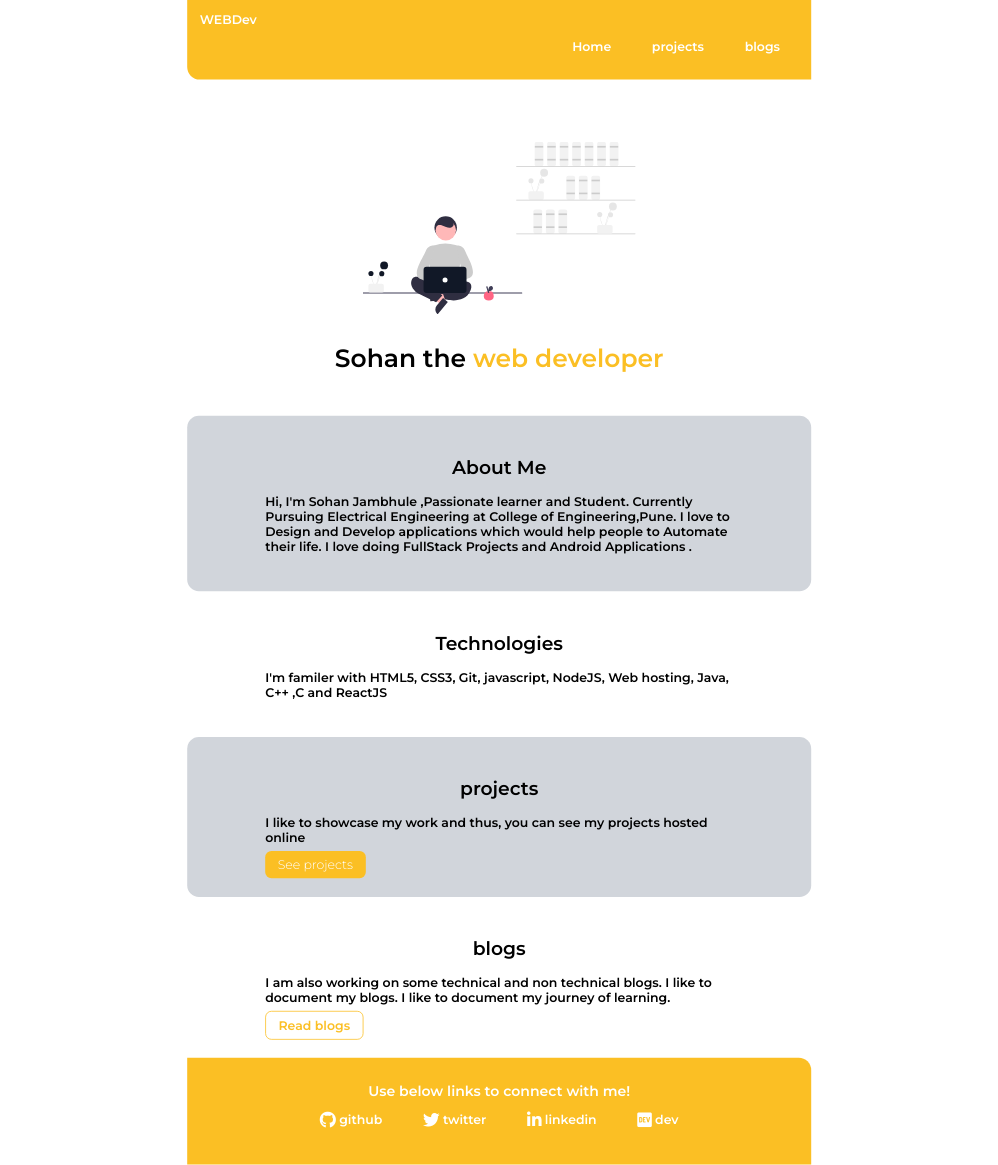
Repository: sohan2503001/Portfolio
Page: index.html
These files come from the project's save history. The page is drawn as it stood at one moment and after the next save; the edit follows.
The browser window is 1280 px wide. The pictures show the whole page, at 78% of full size.

Above is the page before, as saved 2021-05-10 11:21:46.

### index.html
<!DOCTYPE html>
<html lang="en">

<head>
  <meta charset="UTF-8" />
  <meta name="viewport" content="width=device-width, initial-scale=1.0" />
  <title>home | Sohan Jambhule</title>
  <link rel="stylesheet" href="style.css" />
  <link rel="stylesheet" href="https://cdnjs.cloudflare.com/ajax/libs/font-awesome/5.15.1/css/all.min.css">
  <link rel="stylesheet" href="https://cdn.jsdelivr.net/npm/boxicons@latest/css/boxicons.min.css">
  <link rel="icon" href="images/favicon.svg" sizes="any" type="image/svg+xml">

</head>

<body>

  <nav class="navigation container">
    <div class="nav-brand">WEBDev</div>
    <ul class="list-non-bullet nav-pills">
      <li class="list-item-inline">
        <a class="link link-active" href="/">Home</a>
      </li>
      <li class="list-item-inline">
        <a class="link link-active" href="projects.html">projects</a>
      </li>
      <li class="list-item-inline">
        <a class="link link-active" href="blogs.html">blogs</a>
      </li>
    </ul>
  </nav>

  <header class="hero">
    <img class="hero-img" src="images/hero.svg" alt="" />
    <h1 class="hero-heading">
      Sohan the <span class="heading-inverted"> web developer</span>
    </h1>
  </header>

  <section class="section ow">
    <div class="container container-center">
      <h1>About Me</h1>
      <p>
        Hi, I'm Sohan Jambhule ,Passionate learner and Student.
        Currently Pursuing Electrical Engineering at College of Engineering,Pune.
        I love to Design and Develop applications which would help people to Automate their life.
        I love doing FullStack Projects and Android Applications .
      </p>
    </div>
  </section>

  <section class="section">
    <div class="container container-center">
      <h1>Technologies</h1>
      <p>
        I'm familer with HTML5, CSS3, Git, javascript, NodeJS, Web hosting,
        Java, C++ ,C and ReactJS
      </p>
    </div>
  </section>

  <section class="section ow">
    <div class="container container-center">
      <h1>projects</h1>
      <p>
        I like to showcase my work and thus, you can see my projects hosted
        online
      </p>
      <a class="link link-primary" href="projects.html">See projects</a>
    </div>
  </section>

  <section class="section ">
    <div class="container container-center">
      <h1>blogs</h1>
      <p>
        I am also working on some technical and non technical blogs. I like to
        document my blogs. I like to document my journey of learning.
      </p>
      <a class="link link-secondary" href="blogs.html">Read blogs</a>
    </div>
  </section>

  <footer class="footer">
    <div class="footer-header">Use below links to connect with me!</div>
    <ul class="social-links list-non-bullet">
      <li class="list-item-inline">
        <a class="link" href="https://github.com/sohan2503001" target="_blank"><i class="fab fa-github fa-lg" aria-hidden="true"></i>
          <strong>github</strong>
        </a>
      </li>
      <li class="list-item-inline">
        <a class="link" href="https://twitter.com/JambhuleSohan" target="_blank"><i class="fab fa-twitter fa-lg"></i>
          <strong>twitter</strong>
        </a>
      </li>
      <li class="list-item-inline">
        <a class="link" href="https://www.linkedin.com/in/sohan-jambhule-144528198/" target="_blank"><i class="fab fa-linkedin-in fa-lg"></i>
          <strong>linkedin</strong>
        </a>
      </li>
      <li class="list-item-inline">
        <a class="link" href="https://dev.to/sohan25" target="_blank"><i class="fab fa-dev fa-lg"></i>
          <strong>dev</strong>
        </a>
      </li>

    </ul>
  </footer>

  <script src="code.js"></script>
</body>

</html>

### style.css
@import url('https://fonts.googleapis.com/css2?family=Montserrat:wght@300;600&display=swap');

:root{
    --primary-color: #FBBF24;
    --dark-gray: #4B5563;
    --off-white: #D1D5DB;
}

body {
    font-family: 'Montserrat', sans-serif;
    margin: auto;
    max-width: 800px;
    width: 100%;
}

hr{
    margin: 2rem 0rem;
}

/** container **/
.container{
    padding: 0rem 1rem;
}

.container-center{
    max-width: 600px;
    margin: auto;
}

/** links **/
.link{
    text-decoration: none;
    padding: 0.5rem 1rem;
    /*margin: 1rem 0rem 1rem 0rem;*/
}

.link-primary{
    background-color: var(--primary-color);
    border-radius: 0.5rem;
    color:white;
}

.link-secondary{
    color: var(--primary-color);
    border-radius: 0.5rem;
    border: 1px solid var(--primary-color);
    font-weight: bold;
}

/** lists **/

.list-non-bullet{
    list-style: none;
}

.list-item-inline{
    display: inline;
    padding: 0rem 0.5rem;
}

/** navigation **/

.navigation{
    background-color: var(--primary-color);
    color: white;
    padding: 1rem;
    border-bottom-left-radius: 1rem;
}

.navigation .nav-brand{
    font-weight: bold;
}

.navigation .nav-pills{
    text-align: right;
}

.navigation .link{
    color: white;
}

.navigation .link-active{
    font-weight: bold;
}

/**header **/

.hero{
    padding: 2rem;
    padding-top: 5rem;
}

.hero .hero-img{
    max-width: 350px;
    display: block;
    margin: auto;
}

.hero .hero-heading{
    padding-top: 1rem;
    color: var(--dark-red);
    text-align: center;
}

.hero .hero-heading .heading-inverted{
    color: var(--primary-color)
}

/** section **/
.section{
    padding: 2rem;
    border-radius: 15px;
}

.section h1{
    text-align: center;
    font-weight: bolder;
}

.ow {
    background-color: var(--off-white);
}

.section p{
    font-weight: bold;
}

/**footer **/

.footer{
    background-color: var(--primary-color);
    padding: 2rem 1rem;
    text-align: center;
    color: white;
    border-top-right-radius: 1rem;
    position: relative;
}

.footer .link{
    color: white;
}

.footer .footer-header{
    font-weight: bold;
    font-size: large;
}

.footer ul{
    padding-inline-start: 0px;
}


/**Projects**/
.box-contain{
    border: 2px solid var(--primary-color);
    padding: 2rem;
    border-top-left-radius: 15px;
    border-bottom-right-radius: 15px;
    margin: 1rem 0rem;
}

### code.js
function myFunction() {
    var element = document.body;
    element.classList.toggle("dark-mode");
}

After the next save:
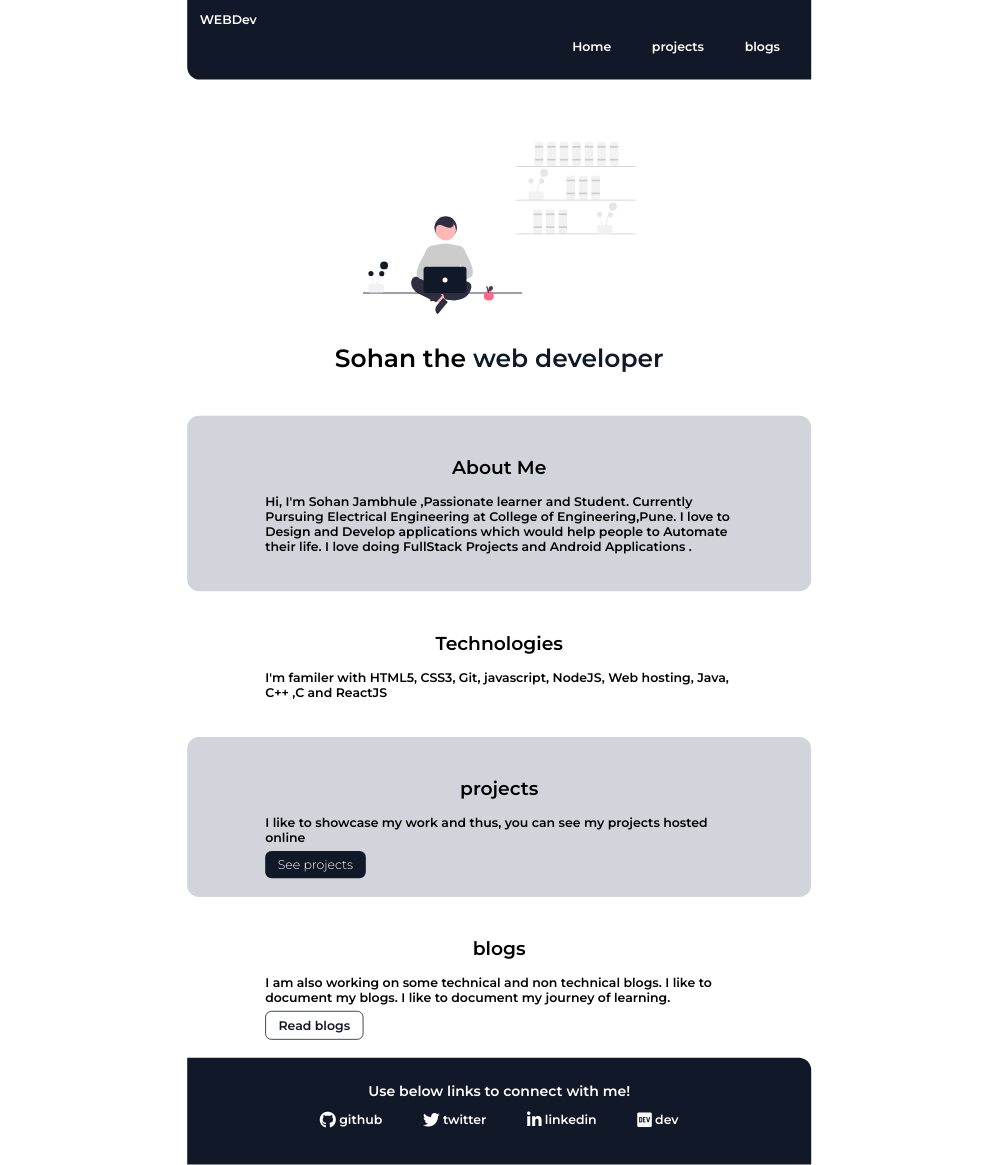
Saved 50 s later.
--- a/style.css
+++ b/style.css
@@ -1,7 +1,7 @@
 @import url('https://fonts.googleapis.com/css2?family=Montserrat:wght@300;600&display=swap');
 
 :root{
-    --primary-color: #FBBF24;
+    --primary-color: #111827;
     --dark-gray: #4B5563;
     --off-white: #D1D5DB;
 }
